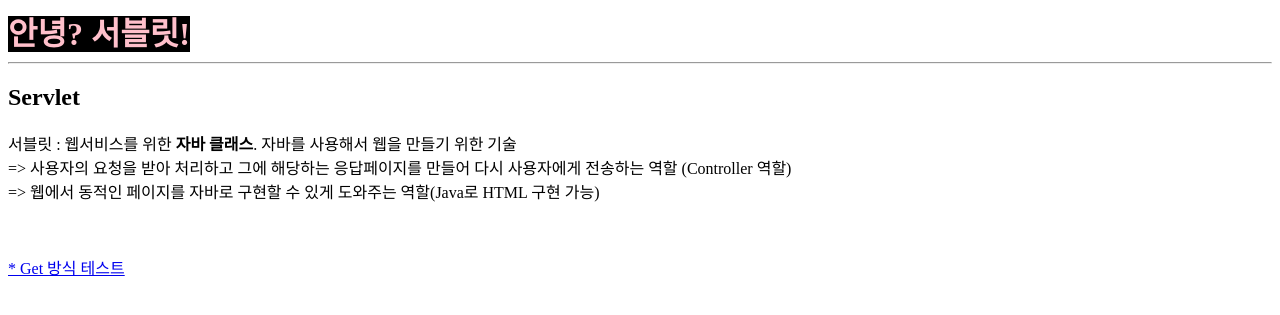
Repository: yoonseo0832/workspace
Page: 05_server/1_servlet/src/main/webapp/index.html
The author's editor kept a copy of each file at every save. The page is drawn from the files as they stood at one save, then again after the next save.
The browser window is 1280 px wide. The pictures show the whole page.

Above is the page before, as saved 2025-03-19 03:41:07.

### 05_server/1_servlet/src/main/webapp/index.html
<!DOCTYPE html>
<html>
<head>
<meta charset="UTF-8">
<title>서블릿 시작!</title>
<style>
	h1{
		color: pink;
		background-color: black;
		display: inline;
	}
</style>
</head>
<body>
	<h1>안녕? 서블릿!</h1>

	<hr>

	<h2>Servlet</h2>
	<p>
		서블릿 : 웹서비스를 위한 <b>자바 클래스</b>. 자바를 사용해서 웹을 만들기 위한 기술<br>
		=> 사용자의 요청을 받아 처리하고 그에 해당하는 응답페이지를 만들어 다시 사용자에게 전송하는 역할
		(Controller 역할)<br>
		=> 웹에서 동적인 페이지를 자바로 구현할 수 있게 도와주는 역할(Java로 HTML 구현 가능)
	</p>

	<br><br>
	<!-- 상대 경로 : 현재 페이지의 url주소에서 마지막 / 뒤에 요청한 url 주소를 덧붙여서 요청(찾게됨)
			=> localhost:8888/1_servlet/요청한url주소

	     절대 경로 : 요청 주소를 / 부터 작성 (/ : 루트 경로)
	     	=> 톰캣 서버의 IP주소:포트번호 뒤에 요청 주소를 덧붙여서 요청(찾게됨)
	     	ex) /view/requestTest_GET.html로 요청 시 ==> localhost:8888/view/requestTest_GET.html
	     요청할 때 /1_servlet/views/.. 로 요청함
	-->
	<a href="views/requestTest_GET.html">* Get 방식 테스트</a>
</body>
</html>

After the next save:
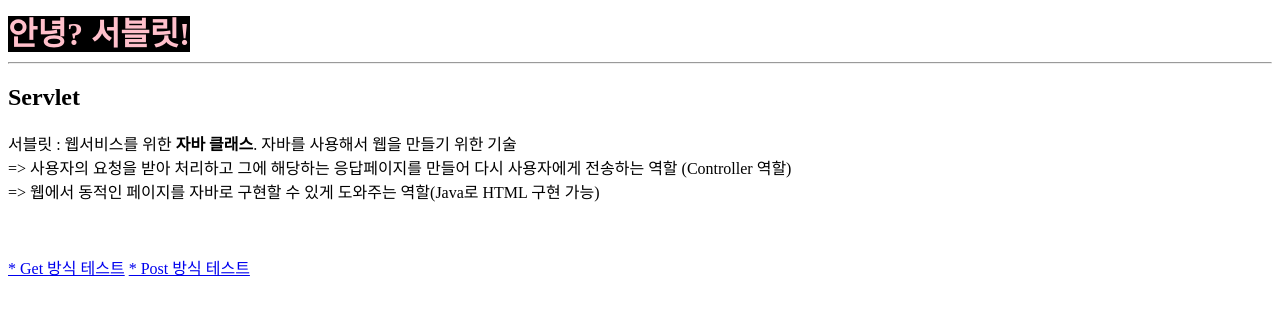
Saved 4 min 7 s later.
--- a/05_server/1_servlet/src/main/webapp/index.html
+++ b/05_server/1_servlet/src/main/webapp/index.html
@@ -34,5 +34,6 @@
 	     요청할 때 /1_servlet/views/.. 로 요청함
 	-->
 	<a href="views/requestTest_GET.html">* Get 방식 테스트</a>
+	<a href="views/requestTest_POST.html">* Post 방식 테스트</a>
 </body>
 </html>
